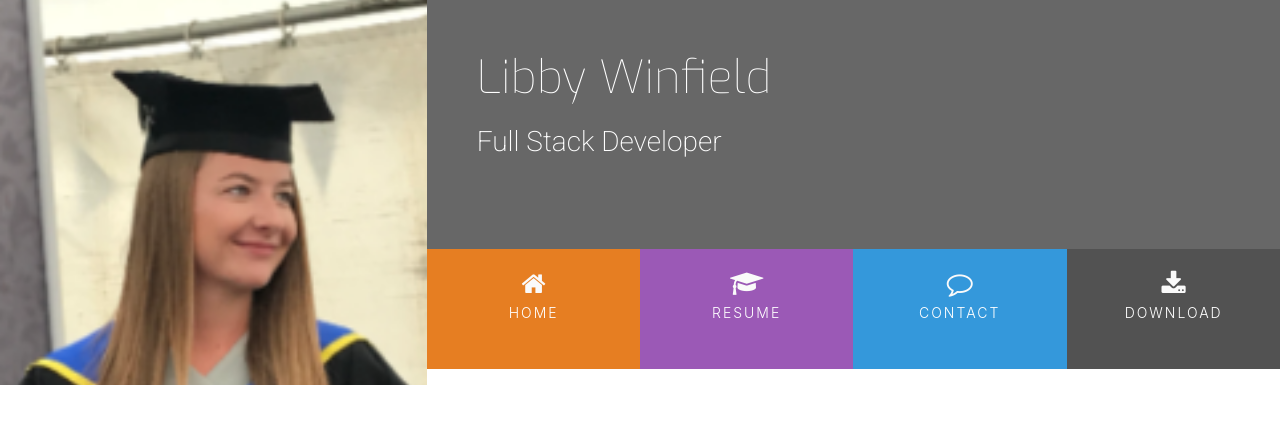
Repository: LibbyWin/CV
Page: index.html
The author's editor kept a record of every edit. The page is drawn from the files as they stood at one moment, then again after the next edit.
The browser window is 1280 px wide. The pictures show the whole page.

Above is the page before.

After the next edit:
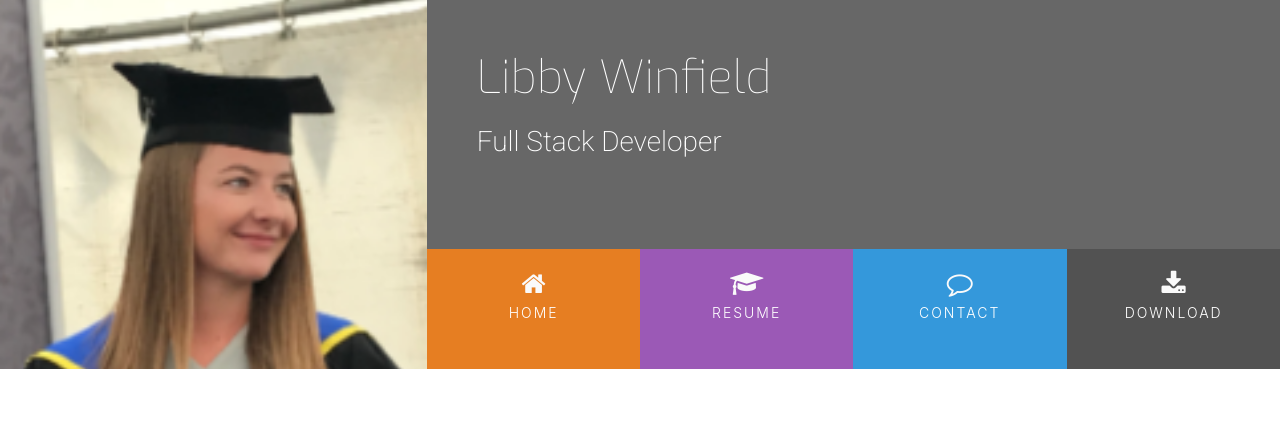
The edit:
--- a/assets/css/style.css
+++ b/assets/css/style.css
@@ -68,6 +68,10 @@ header {
     font-size: 0;
 }
 
+#nav {
+    margin: 0;
+}
+
 #nav li {
     font-size: 14px;
     padding: 0;
